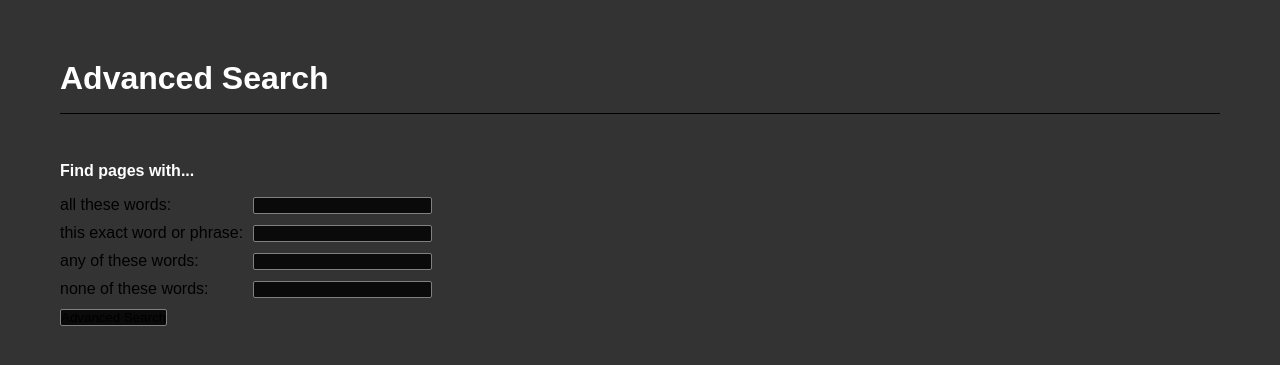
Repository: etentuk/search
Page: advanced_search.html
These files come from the project's save history. The page is drawn as it stood at one moment and after the next save; the edit follows.
The browser window is 1280 px wide. The pictures show the whole page.

Above is the page before, as saved 2021-11-04 23:18:08.

After the next save:
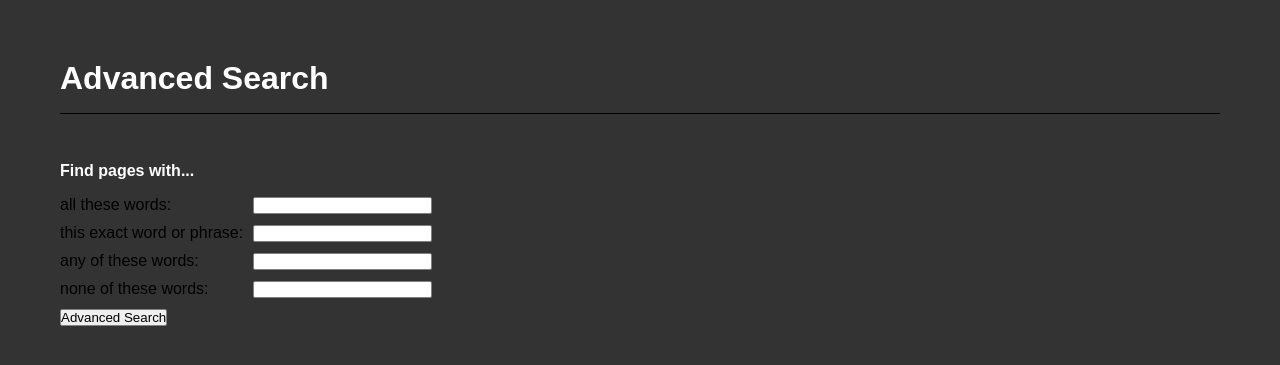
Saved 17 s later.
--- a/styles.css
+++ b/styles.css
@@ -42,7 +42,7 @@ label {
 }
 
 .form-example input {
-  background-color: rgba(0, 0, 0, 0.8);
+  /* background-color: rgba(0, 0, 0, 0.8); */
   border-radius: 2px;
   border: 1px solid grey;
 }

After the save that followed:
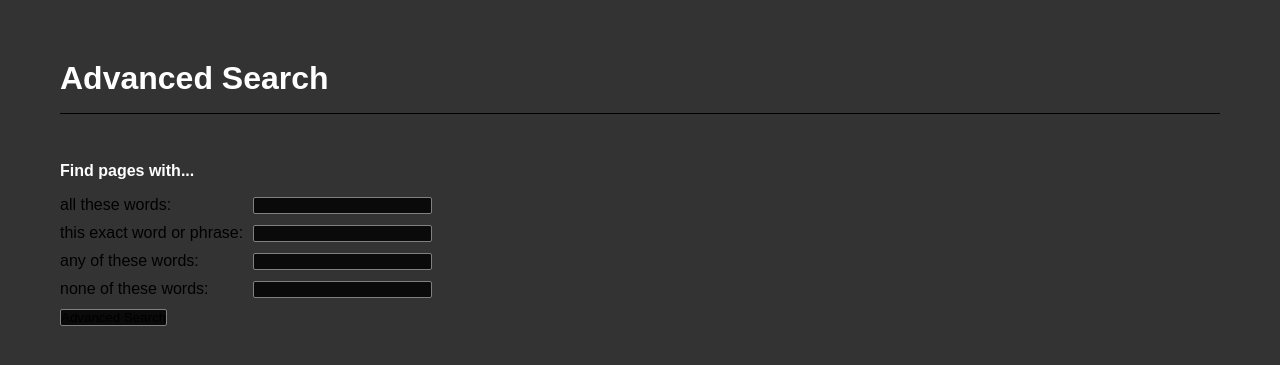
Saved 13 s later.
--- a/styles.css
+++ b/styles.css
@@ -42,7 +42,7 @@ label {
 }
 
 .form-example input {
-  /* background-color: rgba(0, 0, 0, 0.8); */
+  background-color: rgba(0, 0, 0, 0.8);
   border-radius: 2px;
   border: 1px solid grey;
 }
